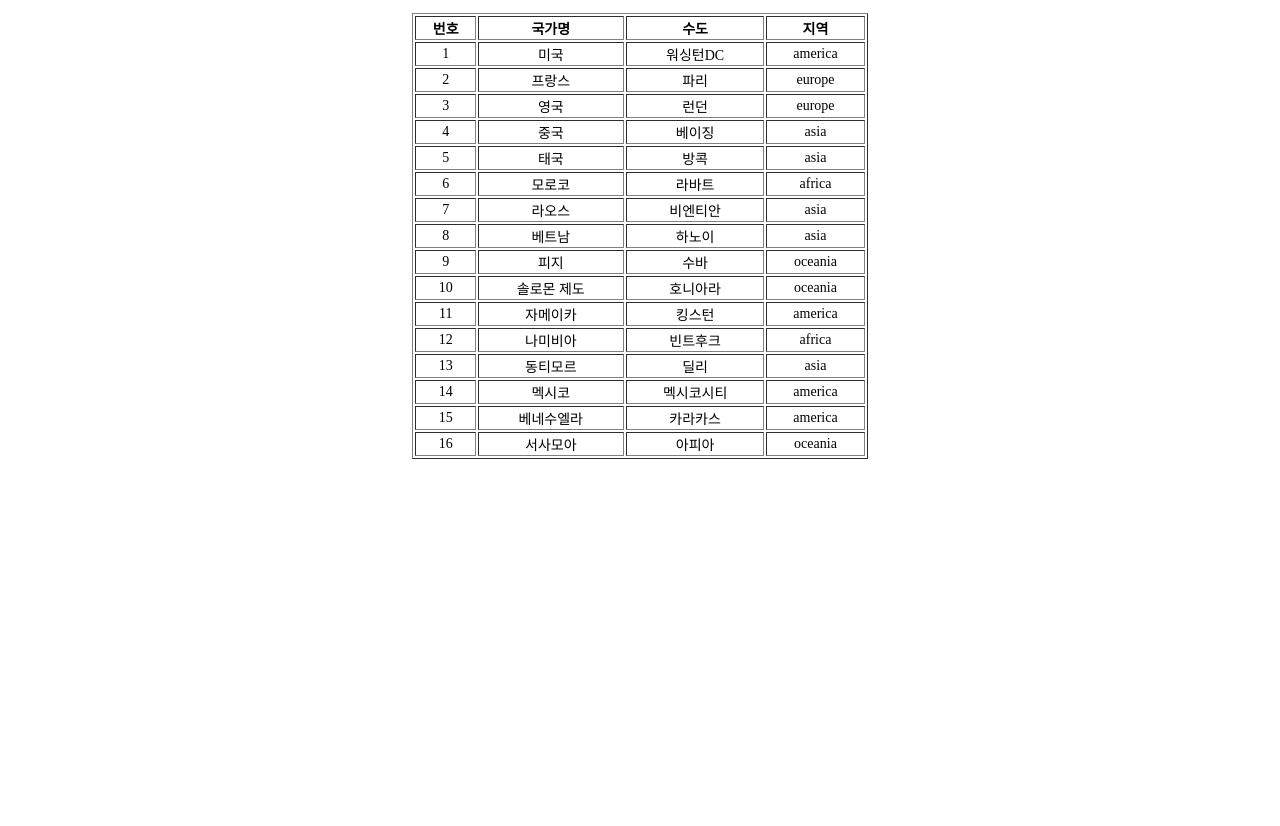
Repository: KangHoi/encore_vueWorkspace
Page: vue03_Event/WebContent/vue04_example.html
An editor plug-in stored every save of this project. The page is shown before and after the next save, followed by the edit.
The browser window is 1280 px wide. The pictures show the whole page.

Above is the page before, as saved 2021-07-12 02:12:05.

After the next save:
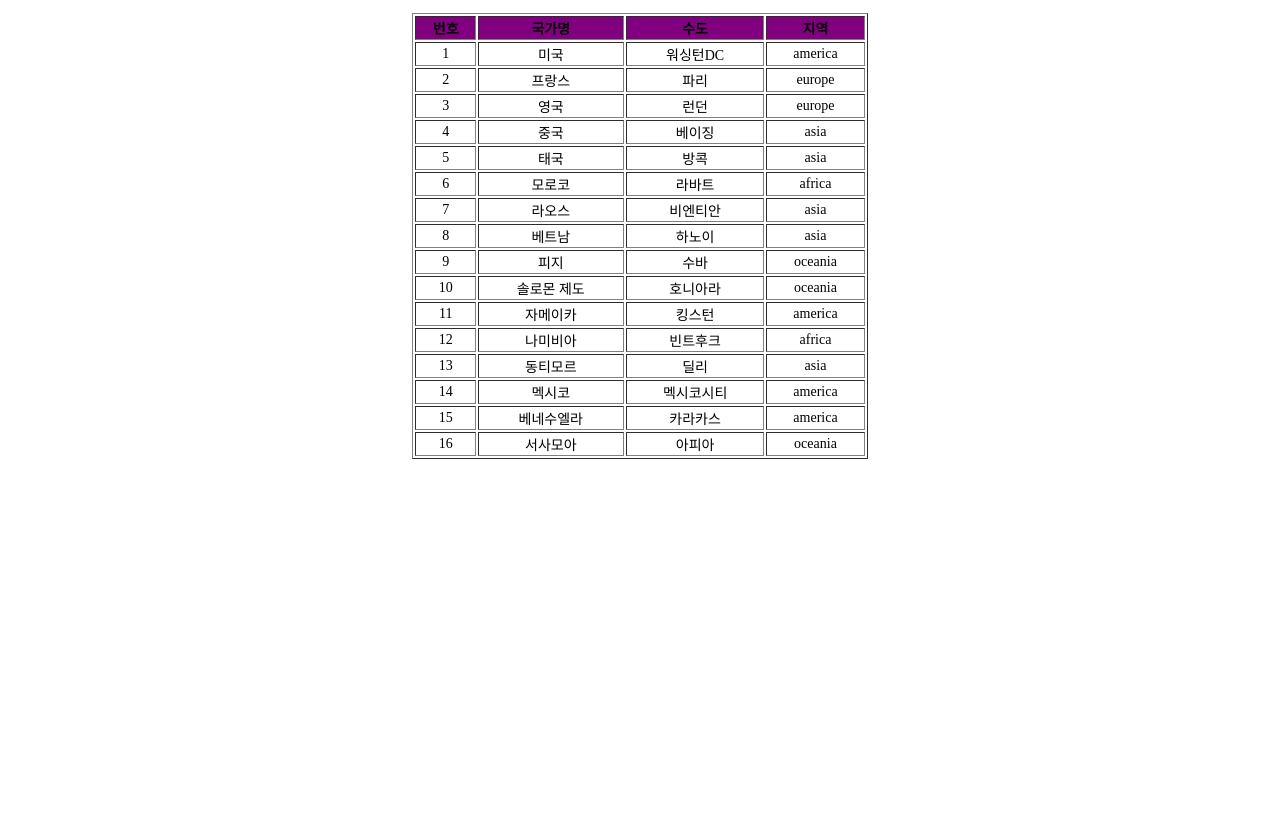
Saved 49 s later.
--- a/vue03_Event/WebContent/vue04_example.html
+++ b/vue03_Event/WebContent/vue04_example.html
@@ -17,6 +17,11 @@
 		width: 60%;
 		margin: 0 auto;
 	}
+	#th{
+		background-color: purple;
+		font-color: yellow;
+		font: bold;
+	}
 </style>
 <script src="https://cdn.jsdelivr.net/npm/vue/dist/vue.js"></script>
 
@@ -24,7 +29,7 @@
 <body>
 	<div id="country">
 		<table id ="tid" border="1px">
-			<thead>
+			<thead id = "th">
 				<tr>
 					<th>번호</th><th>국가명</th><th>수도</th><th>지역</th>
 				</tr>
